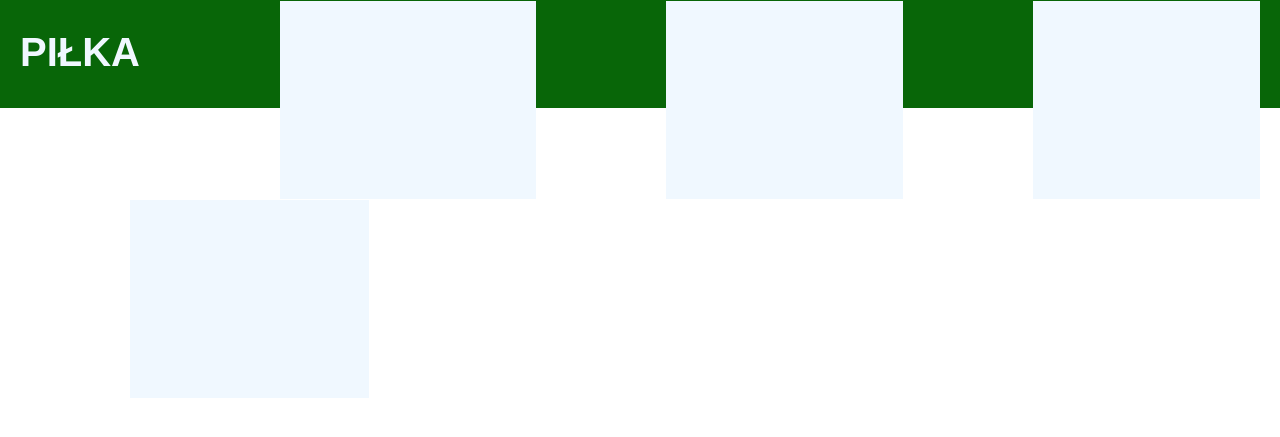
Repository: ZABA78/PAZW
Page: index.html
These files come from the project's save history. The page is drawn as it stood at one moment and after the next save; the edit follows.
The browser window is 1280 px wide. The pictures show the whole page.
Some web fonts or font styles are not loaded; a fallback is used.

Above is the page before, as saved 2023-10-17 14:07:40.

### index.html
<!DOCTYPE html>
<html lang="en">
<head>
    <meta charset="UTF-8">
    <meta http-equiv="X-UA-Compatible" content="IE=edge">
    <meta name="viewport" content="width=device-width, initial-scale=1.0">
    <link rel="stylesheet" href="style.css">
    <title>Piłka</title>
    <style>
        @import url('https://fonts.googleapis.com/css2?family=Tilt+Neon&display=swap');
        </style>
</head>
<body>
    <header>
        <!--<img src="pilka.png" alt="logo" class = "logo">--><h1>PIŁKA</h1>
        <nav>
            <a href="">Zawodnicy</a>
            <a href="">Zespoły</a>
            <a href="">Mecze</a>
            <a href="">Puchary</a>
        </nav>
    </header>
</body>
</html>

### style.css
*
{
    font-family: 'Tilt Neon', sans-serif;
    margin:0;
    padding: 0;
    box-sizing: border-box;

}
.logo
{
    height: 100vh;

}
h1
{
    padding: 10px;
    font-size: 40px;
    float: left;
    margin-left: 10px;
    margin-top: 20px;
}
header
{
    background-color: rgb(8, 102, 8);
    height: 15vh;
    color: aliceblue;
}
a
{
padding: 90px;
text-align: center;
margin-top: 1px;
float: left;
margin-left: 130px;
text-decoration: none;
color: aliceblue;
background-color: aliceblue;
}

After the next save:
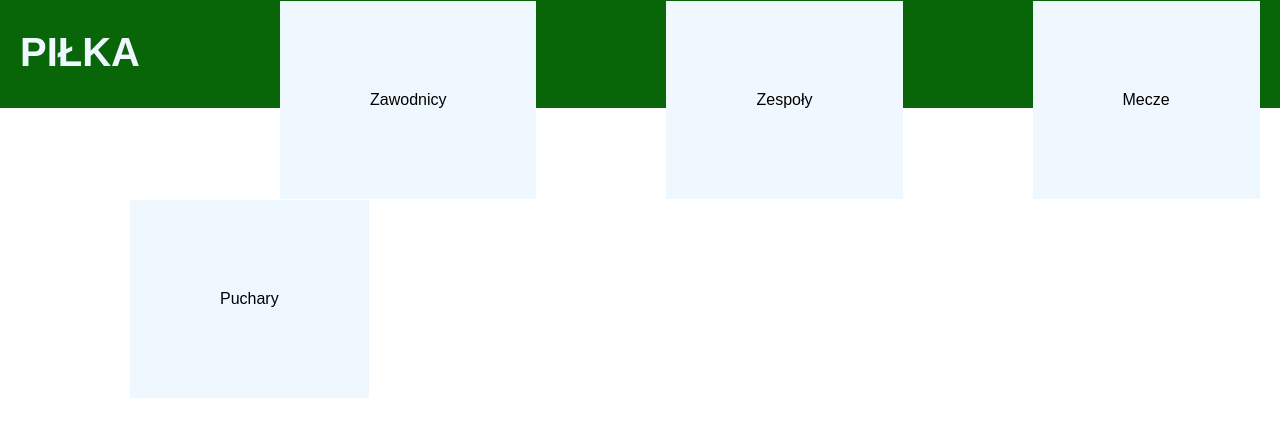
Saved 6 s later.
--- a/style.css
+++ b/style.css
@@ -33,6 +33,6 @@ margin-top: 1px;
 float: left;
 margin-left: 130px;
 text-decoration: none;
-color: aliceblue;
+color: black;
 background-color: aliceblue;
 }
